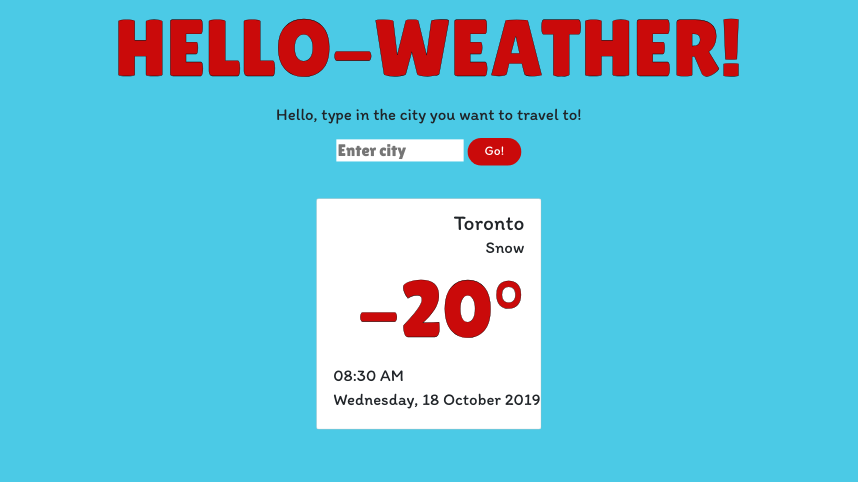
Repository: Jazinha/Hello-kitty-weather
Page: index.html
These files come from the project's save history. The page is drawn as it stood at one moment and after the next save; the edit follows.
The browser window is 1280 px wide. The pictures show the whole page, at 67% of full size.
Some web libraries are served in a nearby version.

Above is the page before, as saved 2023-02-07 22:23:15.

After the next save:
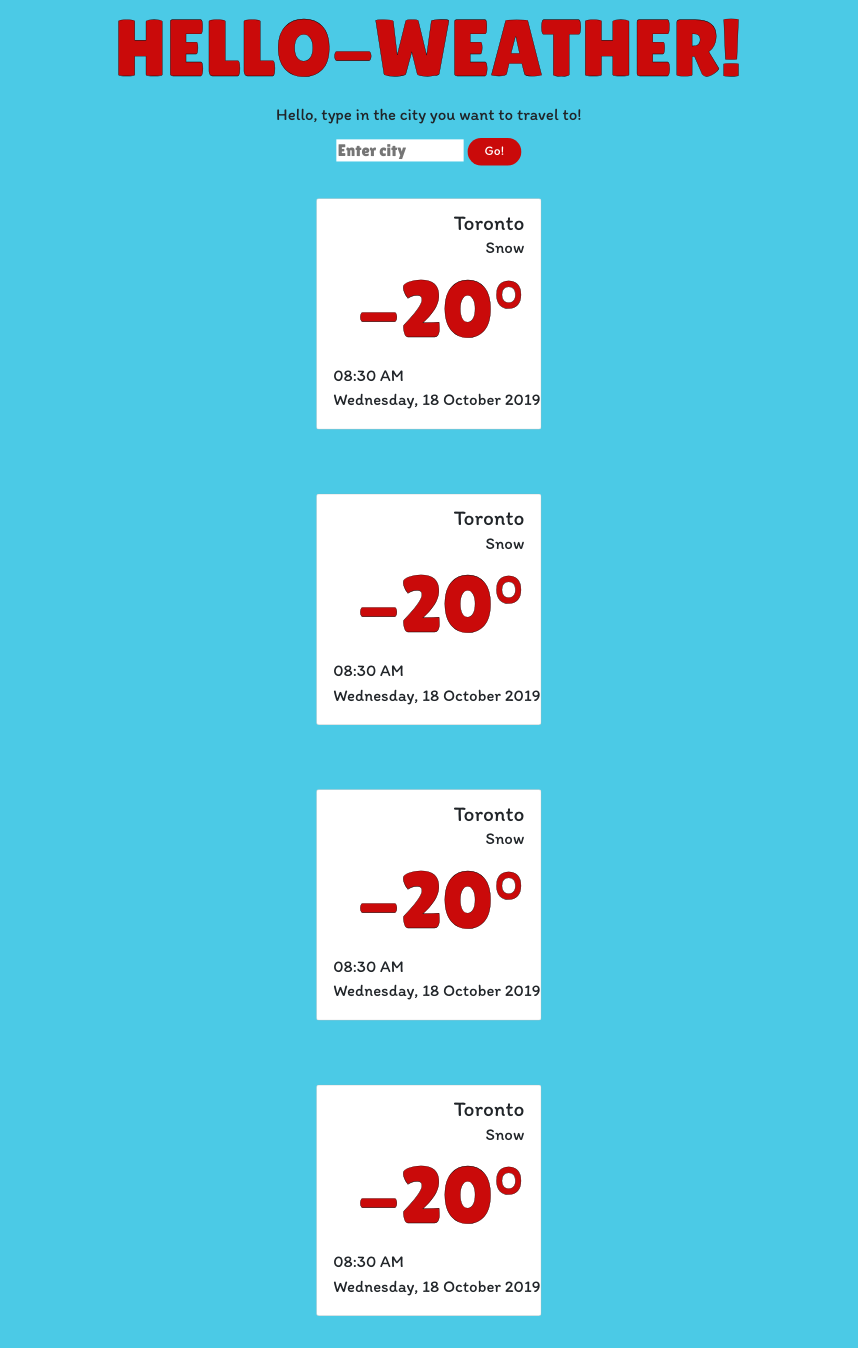
Saved 66 s later.
--- a/index.html
+++ b/index.html
@@ -53,6 +53,40 @@
         </div>
     </div>
 
+    <div class="container-fluid px-1 px-md-4 py-5 mx-auto">
+        <div class="row d-flex justify-content-center px-3">
+            <div class="card">
+                <h2 class="ml-auto mr-4 mt-3 mb-0">Toronto</h2>
+                <p class="ml-auto mr-4 mb-0 med-font">Snow</p>
+                <h1 class="ml-auto mr-4 large-font">-20&#176;</h1>
+                <p class="time-font mb-0 ml-4 mt-auto">08:30 <span class="sm-font">AM</span></p>
+                <p class="ml-4 mb-4">Wednesday, 18 October 2019</p>
+            </div>
+        </div>
+    </div>
+    <div class="container-fluid px-1 px-md-4 py-5 mx-auto">
+        <div class="row d-flex justify-content-center px-3">
+            <div class="card">
+                <h2 class="ml-auto mr-4 mt-3 mb-0">Toronto</h2>
+                <p class="ml-auto mr-4 mb-0 med-font">Snow</p>
+                <h1 class="ml-auto mr-4 large-font">-20&#176;</h1>
+                <p class="time-font mb-0 ml-4 mt-auto">08:30 <span class="sm-font">AM</span></p>
+                <p class="ml-4 mb-4">Wednesday, 18 October 2019</p>
+            </div>
+        </div>
+    </div>
+    <div class="container-fluid px-1 px-md-4 py-5 mx-auto">
+        <div class="row d-flex justify-content-center px-3">
+            <div class="card">
+                <h2 class="ml-auto mr-4 mt-3 mb-0">Toronto</h2>
+                <p class="ml-auto mr-4 mb-0 med-font">Snow</p>
+                <h1 class="ml-auto mr-4 large-font">-20&#176;</h1>
+                <p class="time-font mb-0 ml-4 mt-auto">08:30 <span class="sm-font">AM</span></p>
+                <p class="ml-4 mb-4">Wednesday, 18 October 2019</p>
+            </div>
+        </div>
+    </div>
+
     <script src="https://code.jquery.com/jquery-3.2.1.slim.min.js"
         integrity="sha384-KJ3o2DKtIkvYIK3UENzmM7KCkRr/rE9/Qpg6aAZGJwFDMVNA/GpGFF93hXpG5KkN"
         crossorigin="anonymous"></script>
